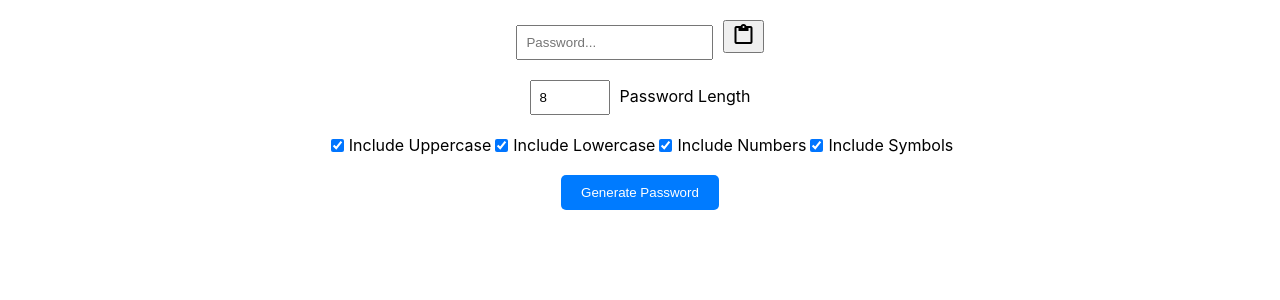
Repository: sriram1224/pass-generator
Page: /
The author's editor kept a copy of each file at every save. The page is drawn from the files as they stood at one save, then again after the next save.
The browser window is 1280 px wide. The pictures show the whole page.
The project was rebuilt for these pictures with package versions that can differ from the ones it lists, and the page was loaded fresh each time.

Above is the page before, as saved 2024-03-21 20:08:53.

After the next save:
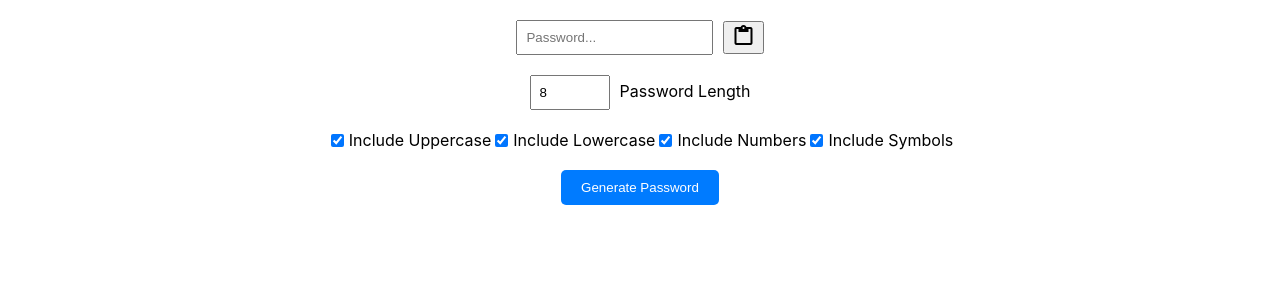
Saved 34 s later.
--- a/src/App.css
+++ b/src/App.css
@@ -46,3 +46,8 @@
 button:hover {
   background-color: #0056b3;
 }
+.password-input{
+  display: flex;
+  align-items: center;
+  margin-bottom: 20px;
+}
